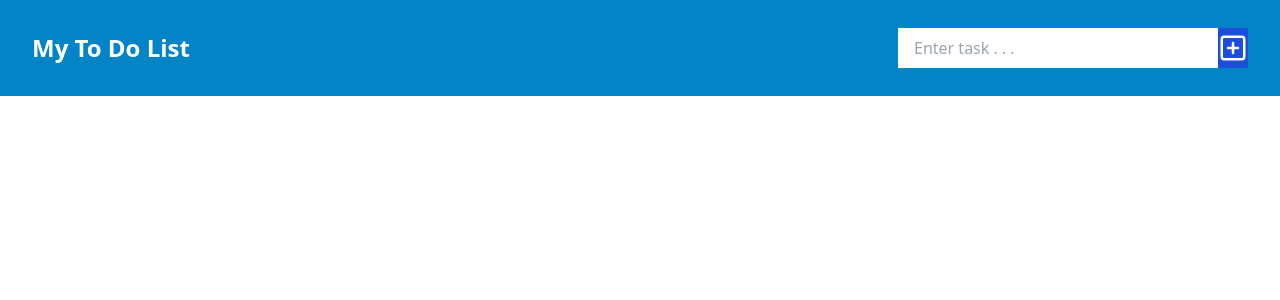
Repository: SaadYasin/react-to-do-list
Page: /
An editor plug-in stored every save of this project. The page is shown before and after the next save, followed by the edit.
The browser window is 1280 px wide. The pictures show the whole page.
The project was rebuilt for these pictures with package versions that can differ from the ones it lists, and the page was loaded fresh each time. Also part of the build but not shown: src/App.css.

Above is the page before, as saved 2022-11-09 15:47:14.

After the next save:
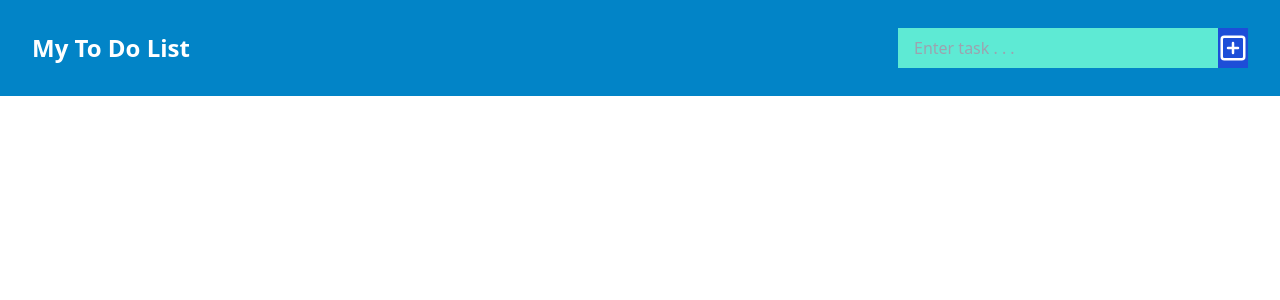
Saved 81 s later.
--- a/src/components/Input.js
+++ b/src/components/Input.js
@@ -5,7 +5,7 @@ const Input = () => {
   return (
     <div>
       <form className="flex h-10 bg-teal-300">
-        <input type="text" placeholder='Enter task . . .' className="transparent px-4 w-80"/>
+        <input type="text" placeholder='Enter task . . .' className="bg-transparent px-4 w-80"/>
         <button className="text-3xl bg-blue-700 text-white" type='submit'><FiPlusSquare /></button>
       </form>
     </div>
